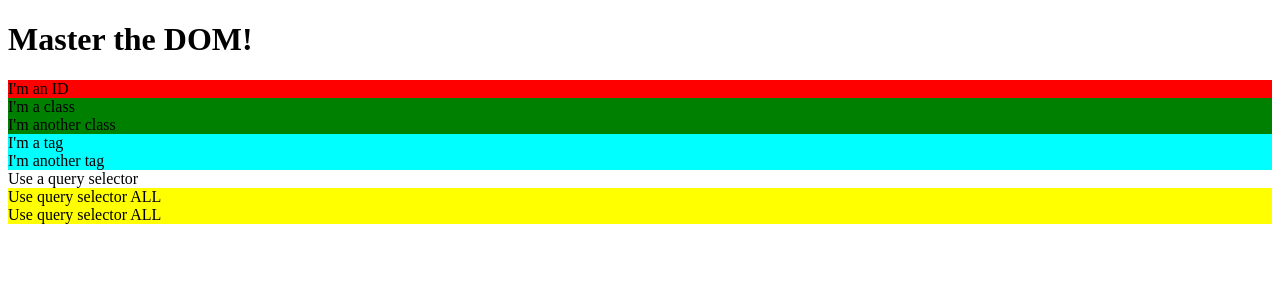
Repository: glgeorgiou/100-days-of-code-projects
Page: DOM Testing/1.html
These files come from the project's save history. The page is drawn as it stood at one moment and after the next save; the edit follows.
The browser window is 1280 px wide. The pictures show the whole page.

Above is the page before, as saved 2020-04-14 10:37:22.

### DOM Testing/1.html
<!DOCTYPE html>
<html lang="en">
<head>
  <title>Master the DOM!</title>
</head>
<body>
    <h1>Master the DOM!</h1>
    <div id="test">I'm an ID</div>
    <div class="test">I'm a class</div>
    <div class="test">I'm another class</div>
    <section>I'm a tag</section>
    <section>I'm another tag</section>
    <div id="test-query">Use a query selector</div>
    <div class="test-query-all">Use query selector ALL</div>
    <div class="test-query-all">Use query selector ALL</div>

    <script src="1.js"></script>
</body>
</html>

### DOM Testing/1.js
/**
 * Using js to colorize DOM
 * Source: https://medium.com/@timothyrobards/javascript-fundamentals-master-the-dom-part-1-82433084fb40
 * */

//First paragraph - id
testId = document.getElementById('test');
testId.style.backgroundColor = 'red'


//2nd paragraph - class
testClass = document.getElementsByClassName('test');
//Single element
//testClass[0].style.backgroundColor = 'green'
//Using for
for (i = 0; i < testClass.length; i++) {
    testClass[i].style.backgroundColor = 'green';
  }


  //By tag name
  testTag = document.getElementsByTagName('section');
for (i = 0; i < testTag.length; i++) {
    testTag[i].style.backgroundColor = 'cyan';
}


//QuerySelectorAll
testQueryAll = document.querySelectorAll('.test-query-all');
testQueryAll.forEach(query => {
    query.style.backgroundColor = 'yellow';
  });

After the next save:
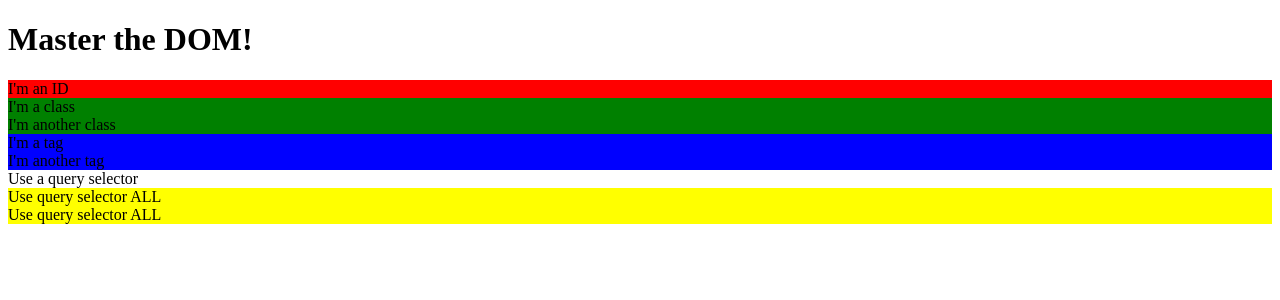
Saved 39 s later.
--- a/DOM Testing/1.js
+++ b/DOM Testing/1.js
@@ -21,7 +21,7 @@
   //By tag name
   testTag = document.getElementsByTagName('section');
 for (i = 0; i < testTag.length; i++) {
-    testTag[i].style.backgroundColor = 'cyan';
+    testTag[i].style.backgroundColor = 'blue';
 }
 
 
